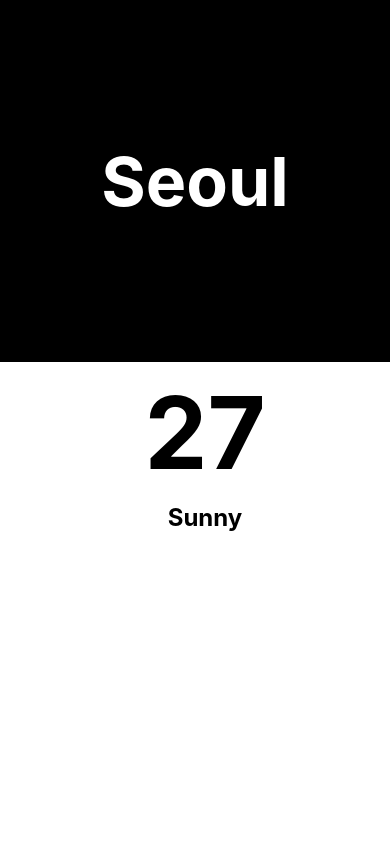
Repository: NewTurn2017/React-Native-Weather-App
Screen: /
The author's editor kept a copy of each file at every save. The screen is drawn from the files as they stood at one save, then again after the next save.
The app was drawn by React Native's web renderer in a window 390 px wide. The project was rebuilt for these pictures with package versions that can differ from the ones it lists, and the page was loaded fresh each time.

Above is the screen before, as saved 2023-04-21 11:56:59.

After the next save:
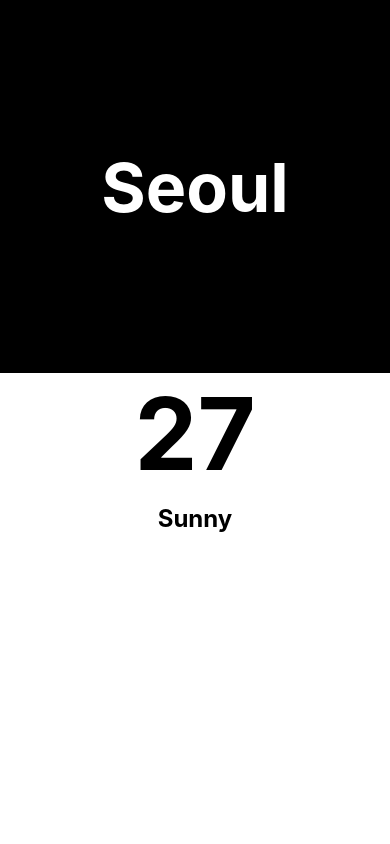
Saved 6 s later.
--- a/App.js
+++ b/App.js
@@ -57,7 +57,6 @@ const styles = StyleSheet.create({
   day: {
     width: SCREEN_WIDTH,
     alignItems: 'center',
-    margin: 10,
   },
   temp: {
     color: 'black',
